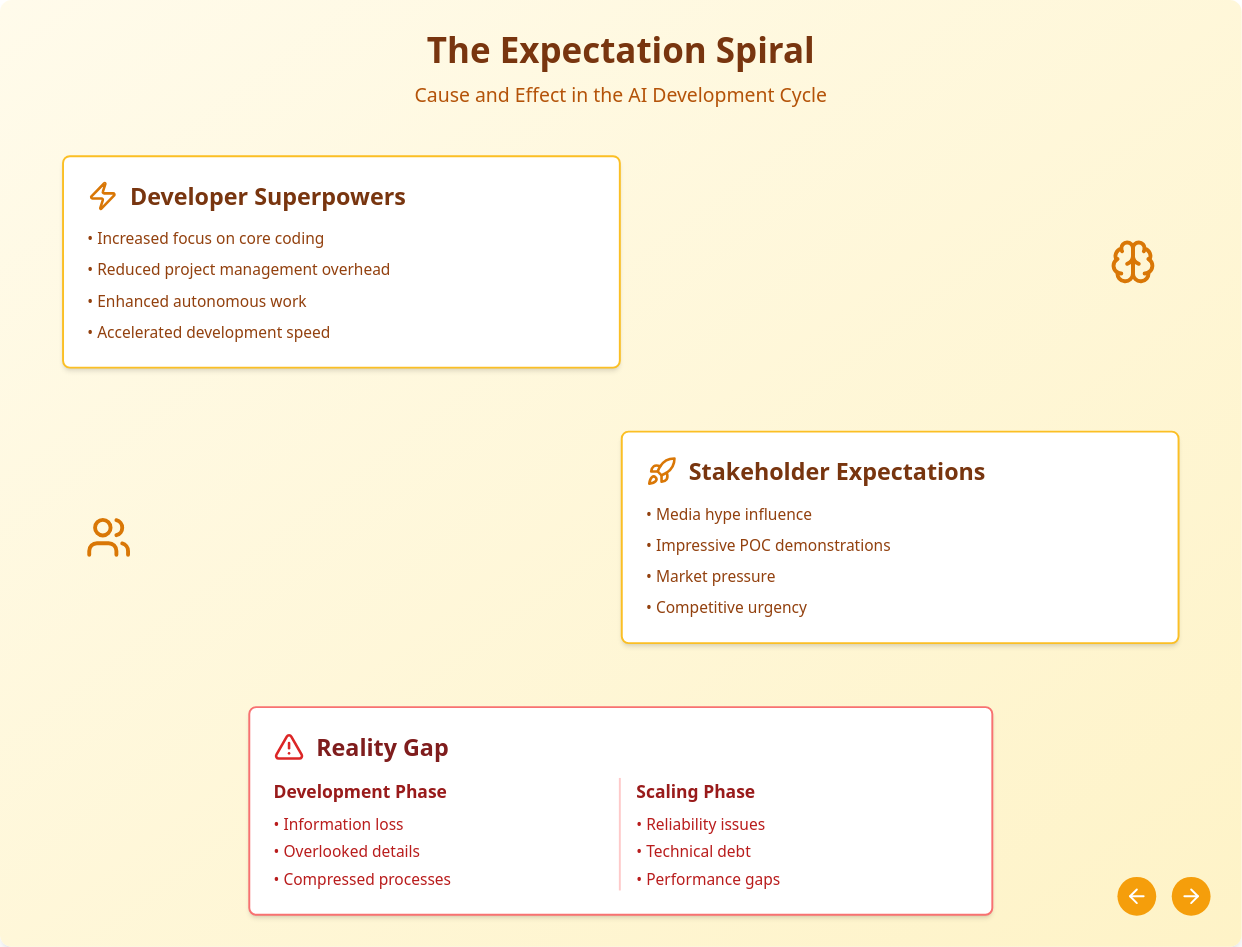
Repository: Galbaz1/dell_presentation
Page: /slide3
An editor plug-in stored every save of this project. The page is shown before and after a run of saves, followed by the edit.
The browser window is 1280 px wide. The pictures show the whole page, at 97% of full size.
The project was rebuilt for these pictures with package versions that can differ from the ones it lists, and the page was loaded fresh each time. The framework's server and built-in components were replaced by stand-ins that run in the browser. Also part of the build but not shown: styles/animations/slide1.css, styles/animations/slide2.css.

Above is the page before, as saved 2024-11-11 16:41:31.

### pages/_app.tsx
import '../styles/globals.css'
import '../styles/animations/slide1.css'
import '../styles/animations/slide2.css'
import type { AppProps } from 'next/app'

function MyApp({ Component, pageProps }: AppProps) {
  return <Component {...pageProps} />
}

export default MyApp

### pages/slide3.tsx
import React from 'react';
import { ArrowRight, ArrowLeft, Zap, Brain, Users, AlertTriangle, Scale, Rocket } from 'lucide-react';
import Link from 'next/link';
import { motion } from 'framer-motion';

const Slide3: React.FC = () => {
  const containerVariants = {
    hidden: { opacity: 0 },
    visible: {
      opacity: 1,
      transition: {
        staggerChildren: 0.3
      }
    }
  };

  const itemVariants = {
    hidden: { opacity: 0, y: 20 },
    visible: {
      opacity: 1,
      y: 0,
      transition: {
        duration: 0.5
      }
    }
  };

  return (
    <div className="bg-gradient-to-br from-amber-50 to-amber-100 p-8 rounded-xl shadow-lg min-h-screen overflow-hidden relative">
      {/* Header */}
      <div className="mb-12 text-center">
        <h1 className="text-4xl font-bold text-amber-900 mb-3">The Expectation Spiral</h1>
        <p className="text-xl text-amber-700">Cause and Effect in the AI Development Cycle</p>
      </div>

      {/* Main Content */}
      <motion.div
        className="max-w-6xl mx-auto"
        variants={containerVariants}
        initial="hidden"
        animate="visible"
      >
        {/* Developer Side */}
        <motion.div variants={itemVariants} className="flex justify-between items-center mb-16">
          <div className="w-1/2 p-6 bg-white rounded-lg shadow-md border-2 border-amber-400">
            <div className="flex items-center mb-4">
              <Zap className="w-8 h-8 text-amber-600 mr-3" />
              <h2 className="text-2xl font-semibold text-amber-900">Developer Superpowers</h2>
            </div>
            <ul className="space-y-2 text-amber-800">
              <li>• Increased focus on core coding</li>
              <li>• Reduced project management overhead</li>
              <li>• Enhanced autonomous work</li>
              <li>• Accelerated development speed</li>
            </ul>
          </div>
          <div className="w-24 h-24 flex items-center justify-center">
            <Brain className="w-12 h-12 text-amber-600" />
          </div>
        </motion.div>

        {/* Stakeholder Side */}
        <motion.div variants={itemVariants} className="flex justify-between items-center mb-16">
          <div className="w-24 h-24 flex items-center justify-center">
            <Users className="w-12 h-12 text-amber-600" />
          </div>
          <div className="w-1/2 p-6 bg-white rounded-lg shadow-md border-2 border-amber-400">
            <div className="flex items-center mb-4">
              <Rocket className="w-8 h-8 text-amber-600 mr-3" />
              <h2 className="text-2xl font-semibold text-amber-900">Stakeholder Expectations</h2>
            </div>
            <ul className="space-y-2 text-amber-800">
              <li>• Media hype influence</li>
              <li>• Impressive POC demonstrations</li>
              <li>• Market pressure</li>
              <li>• Competitive urgency</li>
            </ul>
          </div>
        </motion.div>

        {/* Result */}
        <motion.div variants={itemVariants} className="flex justify-center items-center">
          <div className="w-2/3 p-6 bg-white rounded-lg shadow-md border-2 border-red-400">
            <div className="flex items-center mb-4">
              <AlertTriangle className="w-8 h-8 text-red-600 mr-3" />
              <h2 className="text-2xl font-semibold text-red-900">Reality Gap</h2>
            </div>
            <div className="flex items-center justify-between">
              <div className="w-1/2 pr-4 border-r-2 border-red-200">
                <h3 className="text-lg font-semibold text-red-800 mb-2">Development Phase</h3>
                <ul className="text-red-700 space-y-1">
                  <li>• Information loss</li>
                  <li>• Overlooked details</li>
                  <li>• Compressed processes</li>
                </ul>
              </div>
              <div className="w-1/2 pl-4">
                <h3 className="text-lg font-semibold text-red-800 mb-2">Scaling Phase</h3>
                <ul className="text-red-700 space-y-1">
                  <li>• Reliability issues</li>
                  <li>• Technical debt</li>
                  <li>• Performance gaps</li>
                </ul>
              </div>
            </div>
          </div>
        </motion.div>

        {/* Connecting Lines */}
        <svg className="absolute top-0 left-0 w-full h-full pointer-events-none" style={{ zIndex: -1 }}>
          <motion.path
            d="M300 200 L700 200 L700 400 L300 400 Z"
            stroke="#F59E0B"
            strokeWidth="2"
            fill="none"
            initial={{ pathLength: 0 }}
            animate={{ pathLength: 1 }}
            transition={{ duration: 2, delay: 1 }}
          />
        </svg>
      </motion.div>

      {/* Navigation */}
      <div className="absolute bottom-8 right-8 flex items-center space-x-4">
        <Link href="/slide2" className="bg-amber-500 hover:bg-amber-600 text-white p-2 rounded-full transition-colors">
          <ArrowLeft className="w-6 h-6" />
        </Link>
        <Link href="/slide4" className="bg-amber-500 hover:bg-amber-600 text-white p-2 rounded-full transition-colors">
          <ArrowRight className="w-6 h-6" />
        </Link>
      </div>
    </div>
  );
};

export default Slide3;

### styles/globals.css
@tailwind base;
@tailwind components;
@tailwind utilities;

@keyframes fallAndBounce {
  0% {
    transform: translateY(-100%) translateX(-50%);
  }
  70% {
    transform: translateY(140%) translateX(-50%);
  }
  75% {
    transform: translateY(130%) translateX(-50%);
  }
  80% {
    transform: translateY(135%) translateX(-50%);
  }
  85% {
    transform: translateY(128%) translateX(-50%);
  }
  90% {
    transform: translateY(132%) translateX(-50%);
  }
  100% {
    transform: translateY(0%) translateX(-50%);
  }
}

@keyframes developerFall {
  0%, 69% {
    transform: translateX(-50%) rotate(0deg);
  }
  100% {
    transform: translateX(100%) rotate(90deg);
  }
}

@keyframes pulsate {
  0% {
    transform: translateY(0%) translateX(-50%) scale(1);
  }
  8% {
    transform: translateY(0%) translateX(-50%) scale(1.15);
  }
  10% {
    transform: translateY(0%) translateX(-50%) scale(1.1);
  }
  18% {
    transform: translateY(0%) translateX(-50%) scale(1.35);
  }
  20% {
    transform: translateY(0%) translateX(-50%) scale(1.3);
  }
  28% {
    transform: translateY(0%) translateX(-50%) scale(1.55);
  }
  30% {
    transform: translateY(0%) translateX(-50%) scale(1.5);
  }
  38% {
    transform: translateY(0%) translateX(-50%) scale(1.75);
  }
  40% {
    transform: translateY(0%) translateX(-50%) scale(1.7);
  }
  48% {
    transform: translateY(0%) translateX(-50%) scale(1.95);
  }
  50% {
    transform: translateY(0%) translateX(-50%) scale(1.9);
  }
  100% {
    transform: translateY(0%) translateX(-50%) scale(2);
  }
}

@keyframes explodePiece {
  0% {
    transform: translate(0, 0) rotate(0);
    opacity: 1;
  }
  100% {
    transform: translate(var(--tx), 1000px) rotate(var(--tr));
    opacity: 0;
  }
}

.animate-fall-bounce {
  animation:
    fallAndBounce 3s cubic-bezier(0.4, 0, 0.2, 1) forwards,
    pulsate 8s cubic-bezier(0.4, 0, 0.2, 1) 5s forwards;
}

.animate-developer-fall {
  animation: developerFall 1.2s cubic-bezier(0.4, 0, 0.2, 1) forwards;
  animation-delay: 2.1s;
}

.explosion-piece {
  position: absolute;
  animation: explodePiece 2s cubic-bezier(0.4, 0, 0.2, 1) forwards;
  animation-delay: 16s; /* 5s wait + 8s growth + 3s wait */
}

### tailwind.config.js
/** @type {import('tailwindcss').Config} */
module.exports = {
  content: [
    "./pages/**/*.{js,ts,jsx,tsx}",
    "./components/**/*.{js,ts,jsx,tsx}",
    "./styles/**/*.css",
  ],
  theme: {
    extend: {},
  },
  plugins: [],
}

After the next 3 saves:
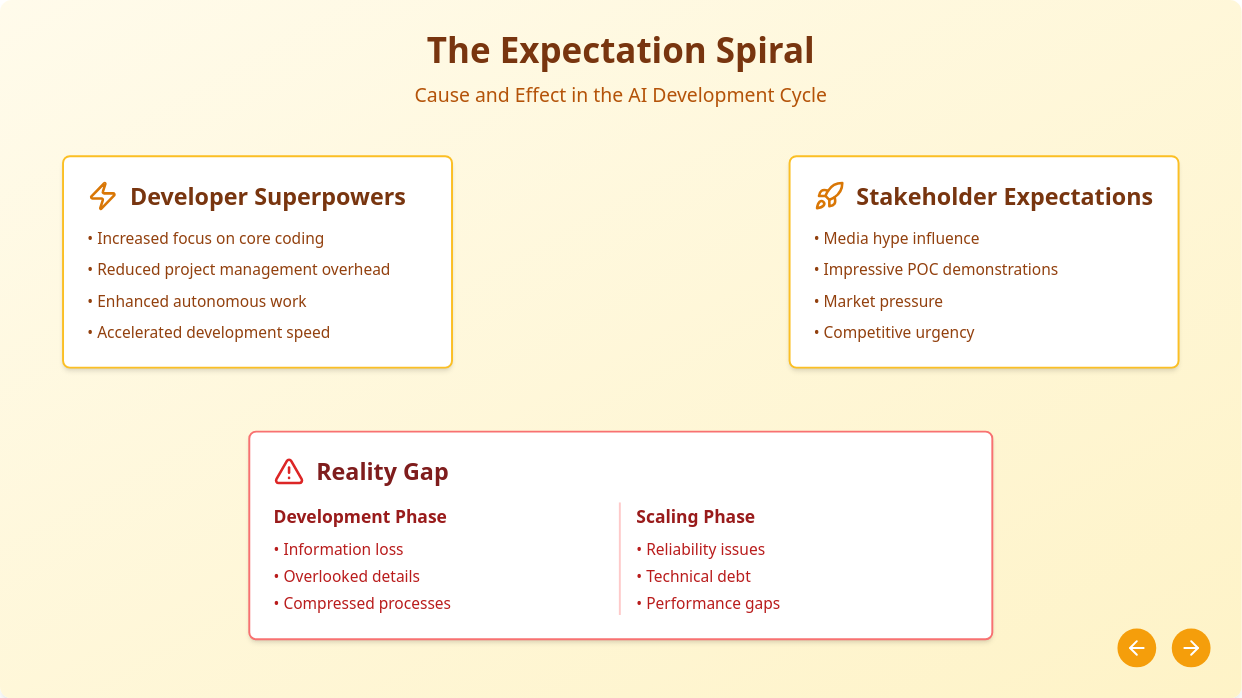
The 3 saves are shown as one change because 1 did not build or start and some came seconds apart.
The last was saved 2 min 28 s later.
--- a/pages/slide3.tsx
+++ b/pages/slide3.tsx
@@ -40,9 +40,10 @@ const Slide3: React.FC = () => {
         initial="hidden"
         animate="visible"
       >
-        {/* Developer Side */}
-        <motion.div variants={itemVariants} className="flex justify-between items-center mb-16">
-          <div className="w-1/2 p-6 bg-white rounded-lg shadow-md border-2 border-amber-400">
+        {/* Two Blocks Side by Side */}
+        <motion.div variants={itemVariants} className="flex justify-between items-start mb-16 gap-8">
+          {/* Developer Side */}
+          <div className="w-[35%] p-6 bg-white rounded-lg shadow-md border-2 border-amber-400">
             <div className="flex items-center mb-4">
               <Zap className="w-8 h-8 text-amber-600 mr-3" />
               <h2 className="text-2xl font-semibold text-amber-900">Developer Superpowers</h2>
@@ -54,17 +55,9 @@ const Slide3: React.FC = () => {
               <li>• Accelerated development speed</li>
             </ul>
           </div>
-          <div className="w-24 h-24 flex items-center justify-center">
-            <Brain className="w-12 h-12 text-amber-600" />
-          </div>
-        </motion.div>
 
-        {/* Stakeholder Side */}
-        <motion.div variants={itemVariants} className="flex justify-between items-center mb-16">
-          <div className="w-24 h-24 flex items-center justify-center">
-            <Users className="w-12 h-12 text-amber-600" />
-          </div>
-          <div className="w-1/2 p-6 bg-white rounded-lg shadow-md border-2 border-amber-400">
+          {/* Stakeholder Side */}
+          <div className="w-[35%] p-6 bg-white rounded-lg shadow-md border-2 border-amber-400">
             <div className="flex items-center mb-4">
               <Rocket className="w-8 h-8 text-amber-600 mr-3" />
               <h2 className="text-2xl font-semibold text-amber-900">Stakeholder Expectations</h2>
@@ -106,7 +99,7 @@ const Slide3: React.FC = () => {
           </div>
         </motion.div>
 
-        {/* Connecting Lines */}
+        {/* Connecting Lines - adjust path for new layout */}
         <svg className="absolute top-0 left-0 w-full h-full pointer-events-none" style={{ zIndex: -1 }}>
           <motion.path
             d="M300 200 L700 200 L700 400 L300 400 Z"
